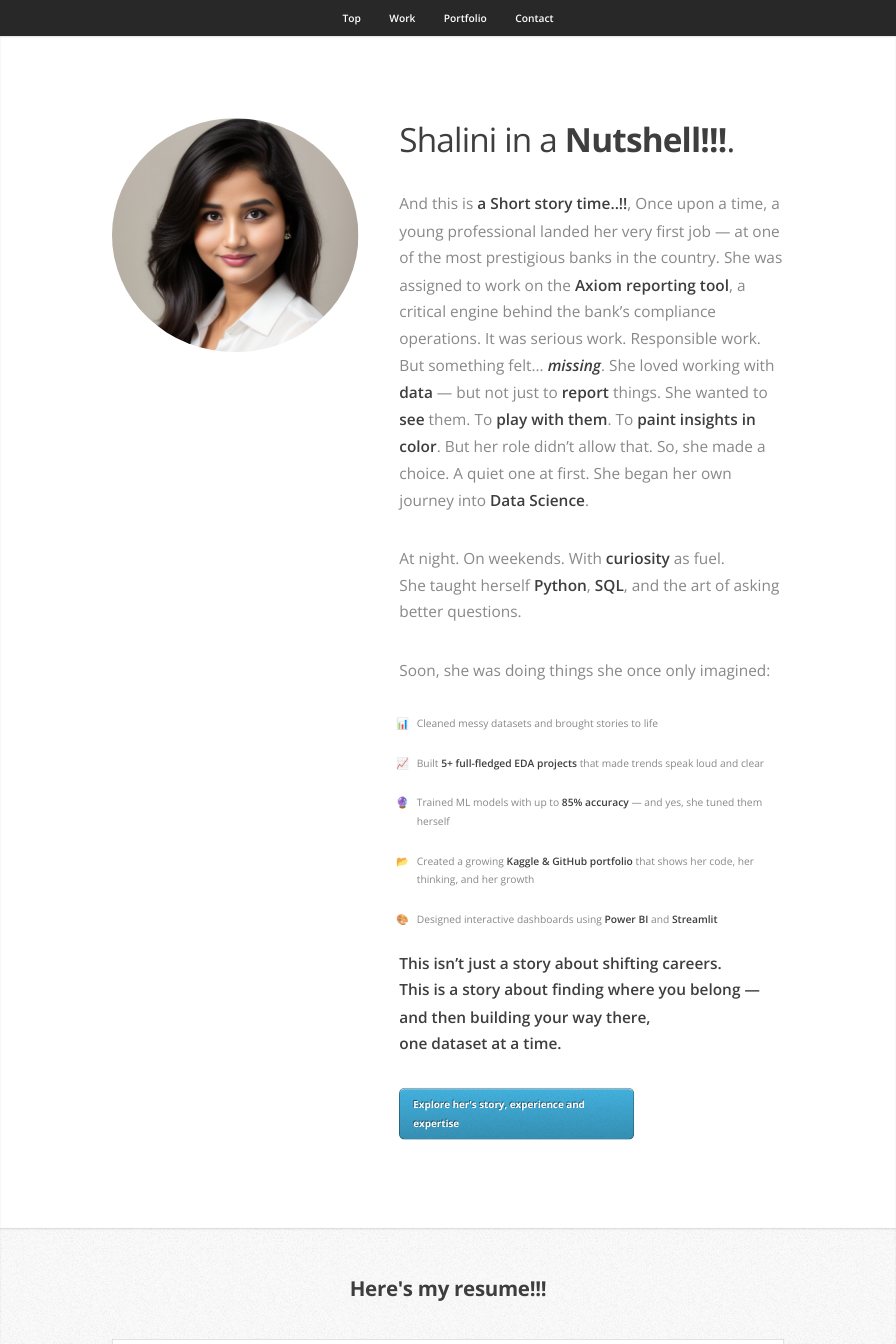
Repository: Shalini-Nanda-ds/Shalini-s-portfolio
Page: index.html
An editor plug-in stored every save of this project. The page is shown before and after the next save, followed by the edit.
The browser window is 1280 px wide. The pictures show the part of the page from y = 0 to 1920 px (the page is 4839 px tall), at 70% of full size.

Above is the page before, as saved 2025-05-04 22:30:18.

### index.html
<!DOCTYPE HTML>
<!--
	Miniport by HTML5 UP
	html5up.net | @ajlkn
	Free for personal and commercial use under the CCA 3.0 license (html5up.net/license)
-->
<html>
	<head>
		<title>Shalini's Portfolio</title>
		<meta charset="utf-8" />
		<meta name="viewport" content="width=device-width, initial-scale=1, user-scalable=no" />
		<link rel="stylesheet" href="assets/css/main.css" />
	</head>
	<body class="is-preload">

		<!-- Nav -->
			<nav id="nav">
				<ul class="container">
					<li><a href="#top">Top</a></li>
					<li><a href="#work">Work</a></li>
					<li><a href="#portfolio">Portfolio</a></li>
					<li><a href="#contact">Contact</a></li>
				</ul>
			</nav>

		<!-- Home -->
			<article id="top" class="wrapper style1">
				<div class="container">
					<div class="row">
						<div class="col-4 col-5-large col-12-medium">
							<span class="image fit"><img src="images\beautiful.png" alt="" /></span>
						</div>
						<div class="col-8 col-7-large col-12-medium">
							<header>
								<h1>Shalini in a <strong>Nutshell!!!</strong>.</h1>
							</header>
							<p>And this is <strong>a Short story time..!!</strong>,
								Once upon a time,
								a young professional landed her very first job — at one of the most prestigious banks in the country.

								She was assigned to work on the
								<span style="color:#1E88E5"><b>Axiom reporting tool</b></span>,
								a critical engine behind the bank’s compliance operations.
								It was serious work. Responsible work.
								But something felt... <i style="color:#E53935"><b>missing</b></i>.

								She loved working with <span style="color:#43A047"><b>data</b></span> —
								but not just to <span style="color:#FB8C00"><b>report</b></span> things.
								She wanted to <span style="color:#FDD835"><b>see</b></span> them.
								To <span style="color:#00ACC1"><b>play with them</b></span>.
								To <span style="color:#8E24AA"><b>paint insights in color</b></span>.

								But her role didn’t allow that.

								So, she made a choice.
								A quiet one at first.
								She began her own journey into
								<span style="color:#6D4C41"><b>Data Science</b></span>.

								<p>
									At night. On weekends. With <span style="color:#EF5350;"><b>curiosity</b></span> as fuel.<br>
									She taught herself <span style="color:#3949AB;"><b>Python</b></span>,
									<span style="color:#00897B;"><b>SQL</b></span>,
									and the art of asking better questions.
								  </p>

								  <p>Soon, she was doing things she once only imagined:</p>

								  <ul style="list-style-type: '📊 '; padding-left: 1.2em;">
									<li>Cleaned messy datasets and brought stories to life</li>
								  </ul>
								  <ul style="list-style-type: '📈 '; padding-left: 1.2em;">
									<li>Built <span style="color:#F4511E;"><b>5+ full-fledged EDA projects</b></span> that made trends speak loud and clear</li>
								  </ul>
								  <ul style="list-style-type: '🔮 '; padding-left: 1.2em;">
									<li>Trained ML models with up to <span style="color:#039BE5;"><b>85% accuracy</b></span> — and yes, she tuned them herself</li>
								  </ul>
								  <ul style="list-style-type: '📂 '; padding-left: 1.2em;">
									<li>Created a growing <span style="color:#5E35B1;"><b>Kaggle & GitHub portfolio</b></span> that shows her code, her thinking, and her growth</li>
								  </ul>
								  <ul style="list-style-type: '🎨 '; padding-left: 1.2em;">
									<li>Designed interactive dashboards using <span style="color:#43A047;"><b>Power BI</b></span> and <span style="color:#00ACC1;"><b>Streamlit</b></span></li>
								  </ul>

								  <p><b>
									This isn’t just a story about shifting careers.<br>
									This is a story about finding where you belong —<br>
									and then building your way there,<br>
									<span style="color:#FB8C00;"><b>one dataset at a time.</b></span>
								  </b></p>


								  <a href="#work" class="button scrolly" style="padding: 10px 20px; font-size: 14px;">
									Explore her's story, experience and expertise
								  </a>

						</div>
					</div>
				</div>
			</article>
<!-- Work -->
<article id="work" class="wrapper style2">
	<div class="container">
		<header>
			<h2>Here's my resume!!!</h2>
		</header>
		<div class="row aln-center">
			<div class="col-12">
				<section class="box style1">
					<div class="resume-wrapper">
						<a href="images\Final_one.pdf" download>
							<img src="images\Final_one_page-0001.jpg" alt="Resume Preview" class="resume-image">
						</a>
					</div>
				</section>
			</div>
		</div>
		<div class="row aln-center">
			<div class="col-12">
				<footer class="align-center">
					<!-- Removed the "Download Resume" button -->
					<a href="#portfolio" class="button small scrolly">See some of my recent work</a>
				</footer>
			</div>
		</div>
	</div>
</article>




		<style>
			.resume-wrapper {
				width: 100%;
				max-width: 800px; /* Set your desired maximum width here */
				margin: 0 auto; /* Center the resume image horizontally */
				overflow: hidden;
				padding-bottom: 100%;
				position: relative;
			}

			.resume-image {
				position: absolute;
				top: 0;
				left: 0;
				width: 100%;
				height: 100%;
				object-fit: cover;
			}

			.align-center {
				text-align: center;
				margin-top: 2em;
			}

			.align-center .button {
				margin-top: 1em;
			}
		</style>



		<!-- Portfolio -->
		<article id="portfolio" class="wrapper style3">
			<div class="container">
				<header>
					<h2>Here’s some stuff I made recently.</h2>
					<!-- <p>Proin odio consequat sapien vestibulum consequat lorem dolore feugiat.</p> -->
				</header>
				<div class="row">
					<div class="col-4 col-6-medium col-12-small">
						<article class="box style2">
							<a href="https://github.com/Shalini-Nanda-ds/Movie-Recommendation-System" class="image featured" target="_blank"><img src="images\Movie_recommend.webp" alt="Movie Recommendation System" /></a>
							<h3><a href="https://github.com/Shalini-Nanda-ds/Movie-Recommendation-System" target="_blank">Movie Recommendation System</a></h3>
							<!-- <p>Ornare nulla proin odio consequat.</p> -->
						</article>
					</div>
					<div class="col-4 col-6-medium col-12-small">
						<article class="box style2">
							<a href="https://github.com/Shalini-Nanda-ds/Laptop-Price-Predictor" class="image featured" target="_blank"><img src="images/Laptop_price.webp" alt="Laptop Price Predictor" /></a>
							<h3><a href="https://github.com/Shalini-Nanda-ds/Laptop-Price-Predictor" target="_blank">Laptop Price Predictor</a></h3>
							<!-- <p>Ornare nulla proin odio consequat.</p> -->
							</article>
					</div>

					<div class="col-4 col-6-medium col-12-small">
						<article class="box style2">
							<a href="https://github.com/Shalini-Nanda-ds/Customer-Churn-Prediction" class="image featured" target="_blank"><img src="images\Customer_churn.webp" alt="Customer Churn Prediction" /></a>
							<h3><a href="https://github.com/Shalini-Nanda-ds/Customer-Churn-Prediction" target="_blank">Customer Churn Prediction</a></h3>
							<!-- <p>Ornare nulla proin odio consequat.</p> -->
							</article>
					</div>
					<div class="col-4 col-6-medium col-12-small">
						<article class="box style2">
							<a href="https://github.com/Shalini-Nanda-ds/Python-Portfolio" class="image featured" target="_blank"><img src="images/Python_preview.webp" alt="Python Portfolio" /></a>
							<h3><a href="https://github.com/Shalini-Nanda-ds/Python-Portfolio" target="_blank">Python Portfolio</a></h3>
							<!-- <p>Ornare nulla proin odio consequat.</p> -->
							</article>
					</div>
					<div class="col-4 col-6-medium col-12-small">
						<article class="box style2">
							<a href="https://github.com/Shalini-Nanda-ds/SQL-Portfolio" class="image featured" target="_blank"><img src="images\SQL_preview.webp" alt="SQL Portfolio" /></a>
							<h3><a href="https://github.com/Shalini-Nanda-ds/SQL-Portfolio" target="_blank">SQL Portfolio</a></h3>
							<!-- <p>Ornare nulla proin odio consequat.</p> -->
							</article>
					</div>
					<div class="col-4 col-6-medium col-12-small">
						<article class="box style2">
							<a href="https://github.com/Shalini-Nanda-ds/Student-s_Performance.git" class="image featured" target="_blank"><img src="images\Student_perform.webp" alt="Student Performance" /></a>
							<h3><a href="https://github.com/Shalini-Nanda-ds/Student-s_Performance.git" target="_blank">Student's Performance</a></h3>
							<!-- <p>Ornare nulla proin odio consequat.</p> -->
							</article>
					</div>
					<div class="col-4 col-6-medium col-12-small">
						<article class="box style2">
							<a href="https://github.com/Shalini-Nanda-ds/Ecommerce_dashboard.git" class="image featured" target="_blank"><img src="images\e_commerce_preview.webp" alt="Ecommerce dashboard" /></a>
							<h3><a href="https://github.com/Shalini-Nanda-ds/Ecommerce_dashboard.git" target="_blank">Ecommerce Dashboard 📈💰📊</a></h3>
							<!-- <p>Ornare nulla proin odio consequat.</p> -->
							</article>
					</div>
					<div class="col-4 col-6-medium col-12-small">
						<article class="box style2">
							<a href="https://github.com/Shalini-Nanda-ds/HR_Analytics_Dashboard.git" class="image featured" target="_blank"><img src="images\HR_report_preview.webp" alt="HR Analytics Report" /></a>
							<h3><a href="https://github.com/Shalini-Nanda-ds/HR_Analytics_Dashboard.git" target="_blank">HR Analytics Report 🧑🏻‍💻👩🏻📈</a></h3>
							<!-- <p>Ornare nulla proin odio consequat.</p> -->
							</article>
					</div>

				</div>
				<footer class="align-center">
					<!-- <p>Lorem ipsum dolor sit sapien vestibulum ipsum primis?</p> -->
					<a href="#contact" class="button large scrolly">Get in touch with me</a>
				</footer>
			</div>
		</article>


		<!-- Contact -->
		<article id="contact" class="wrapper style4">
			<div class="container medium">
				<div class="row">
					<div class="col-12">
						<hr />
						<h3>Find me on ...</h3>
						<ul class="social">
							<li><a href="https://www.linkedin.com/in/shnanda-ds/" target="_blank" class="icon brands fa-linkedin-in"><span class="label">LinkedIn</span></a></li>
							<li><a href="mailto:shnanda.datascientist07@gmail.com" target="_blank" class="icon solid fa-envelope"><span class="label">Email</span></a></li>
							<li><a href="https://github.com/Shalini-Nanda-ds" target="_blank" class="icon brands fa-github"><span class="label">Github</span></a></li>
							<li><a href="https://datataleswithshalini.blogspot.com" target="_blank" class="icon brands fa-blogger"><span class="label">Blogger</span></a></li>
							<li><a href="tel:+91 9123102656" target="_blank" class="icon solid fa-phone"><span class="label">Phone</span></a></li>
						</ul>
						<hr />
					</div>

				<!-- </div>
				<footer>
					<ul id="copyright">
						<li>&copy; Untitled. All rights reserved.</li>
						<li>Design: <a href="http://html5up.net">HTML5 UP</a></li>
					</ul>
				</footer>
			</div> -->
		</article>

						<!-- <div class="col-12">
							<hr />
							<h3>Find me on ...</h3>
							<ul class="social">
								<li><a href="#" class="icon brands fa-twitter"><span class="label">Twitter</span></a></li>
								<li><a href="#" class="icon brands fa-facebook-f"><span class="label">Facebook</span></a></li>
								<li><a href="#" class="icon brands fa-dribbble"><span class="label">Dribbble</span></a></li>
								<li><a href="#" class="icon brands fa-linkedin-in"><span class="label">LinkedIn</span></a></li>
								<li><a href="#" class="icon brands fa-tumblr"><span class="label">Tumblr</span></a></li>
								<li><a href="#" class="icon brands fa-google-plus"><span class="label">Google+</span></a></li>
								<li><a href="#" class="icon brands fa-github"><span class="label">Github</span></a></li>

								<li><a href="#" class="icon solid fa-rss"><span>RSS</span></a></li>
								<li><a href="#" class="icon brands fa-instagram"><span>Instagram</span></a></li>
								<li><a href="#" class="icon brands fa-foursquare"><span>Foursquare</span></a></li>
								<li><a href="#" class="icon brands fa-skype"><span>Skype</span></a></li>
								<li><a href="#" class="icon brands fa-soundcloud"><span>Soundcloud</span></a></li>
								<li><a href="#" class="icon brands fa-youtube"><span>YouTube</span></a></li>
								<li><a href="#" class="icon brands fa-blogger"><span>Blogger</span></a></li>
								<li><a href="#" class="icon brands fa-flickr"><span>Flickr</span></a></li>
								<li><a href="#" class="icon brands fa-vimeo"><span>Vimeo</span></a></li>
								-->
							<!-- </ul>
							<hr />
						</div>
					</div>
					<footer>
						<ul id="copyright">
							<li>&copy; Untitled. All rights reserved.</li><li>Design: <a href="http://html5up.net"></a></li>
						</ul>
					</footer>
				</div>
			</article>   -->

		<!-- Scripts -->
			<script src="assets/js/jquery.min.js"></script>
			<script src="assets/js/jquery.scrolly.min.js"></script>
			<script src="assets/js/browser.min.js"></script>
			<script src="assets/js/breakpoints.min.js"></script>
			<script src="assets/js/util.js"></script>
			<script src="assets/js/main.js"></script>

	</body>
</html>

Loaded but not shown: assets/css/fontawesome-all.min.css (library); assets/js/jquery.min.js (library); assets/js/jquery.scrolly.min.js (common file); assets/js/browser.min.js (common file); assets/js/breakpoints.min.js (common file); assets/js/util.js (587 lines, source omitted); assets/js/main.js (34 lines, source omitted); assets/css/main.css (2445 lines, source omitted)

After the next save:
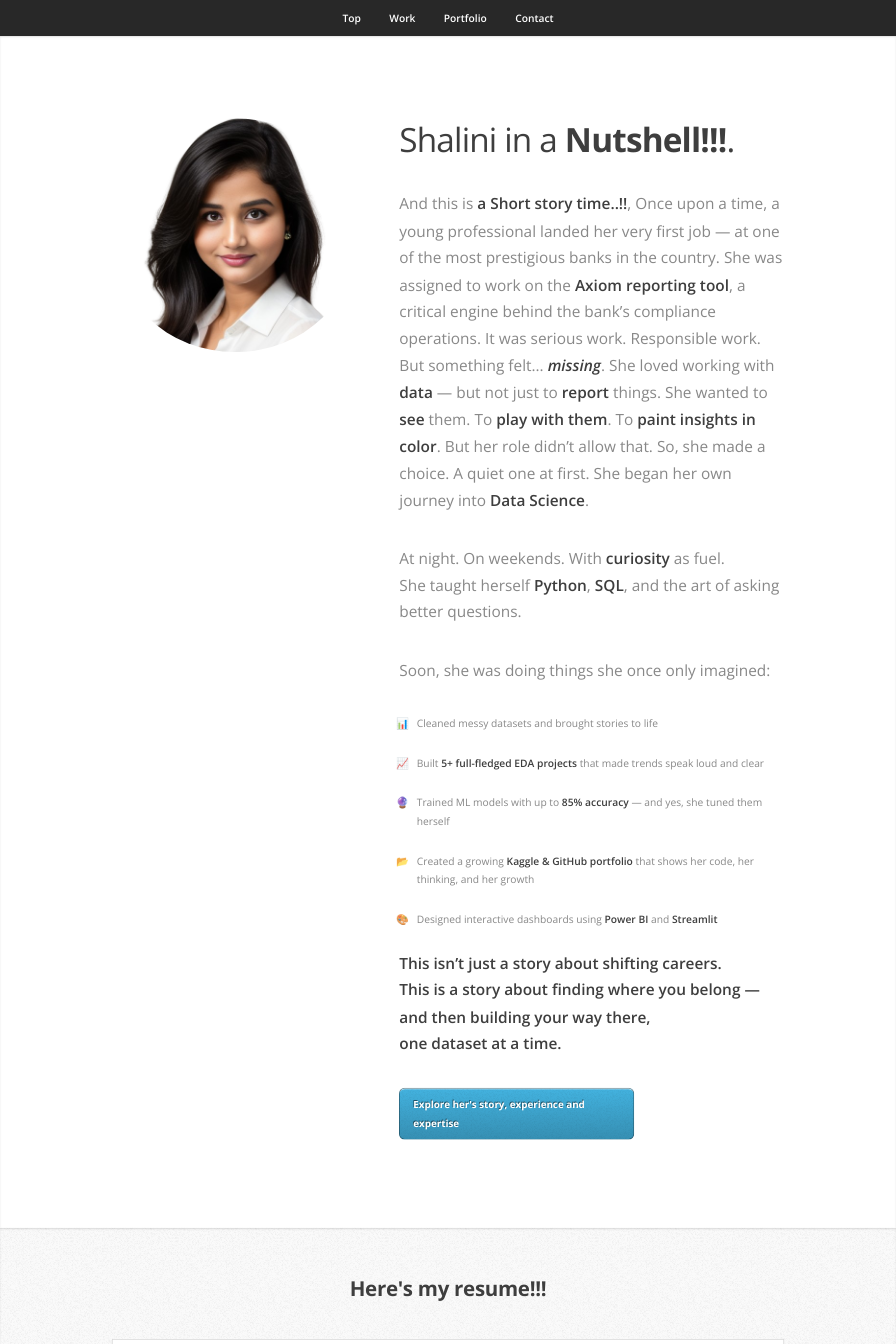
Saved 2 min 50 s later.
--- a/index.html
+++ b/index.html
@@ -28,7 +28,7 @@
 				<div class="container">
 					<div class="row">
 						<div class="col-4 col-5-large col-12-medium">
-							<span class="image fit"><img src="images\beautiful.png" alt="" /></span>
+							<span class="image fit"><img src="images\beautiful-removebg-preview.png" alt="" /></span>
 						</div>
 						<div class="col-8 col-7-large col-12-medium">
 							<header>

After the save that followed:
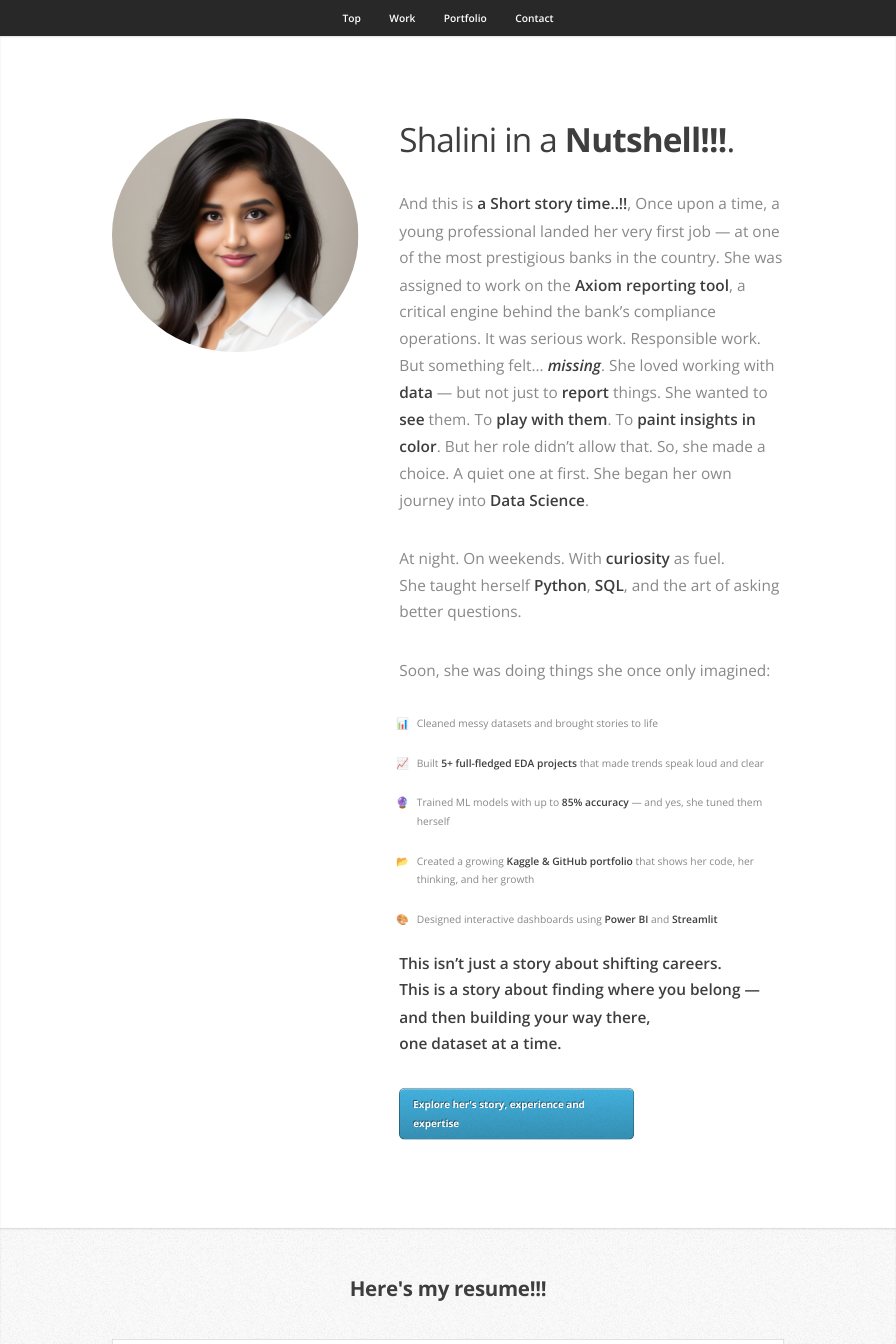
Saved 8 min 20 s later.
--- a/index.html
+++ b/index.html
@@ -28,7 +28,7 @@
 				<div class="container">
 					<div class="row">
 						<div class="col-4 col-5-large col-12-medium">
-							<span class="image fit"><img src="images\beautiful-removebg-preview.png" alt="" /></span>
+							<span class="image fit"><img src="images\beautiful.png" alt="" /></span>
 						</div>
 						<div class="col-8 col-7-large col-12-medium">
 							<header>
